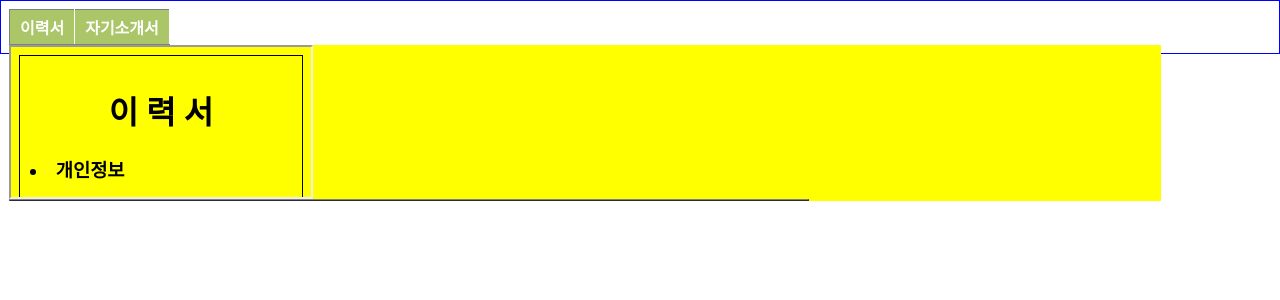
Repository: porivas/140630_Java
Page: http://localhost/web4_resume/totalLayout.jsp
The author's editor kept a copy of each file at every save. The page is drawn from the files as they stood at one save, then again after the next save.
The browser window is 1280 px wide. The pictures show the whole page.
The page is served by Tomcat 9.

Above is the page before, as saved 2014-09-25 08:03:24.

After the next save:
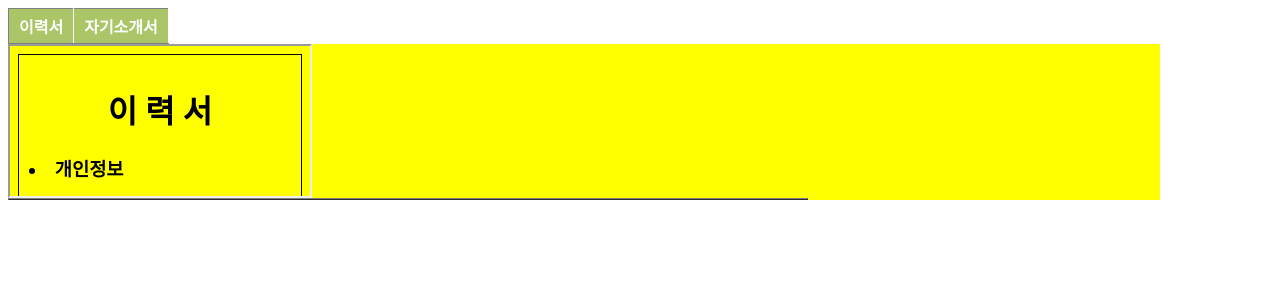
Saved 4 min 3 s later.
--- a/web4_resume/WebContent/totalLayout.jsp
+++ b/web4_resume/WebContent/totalLayout.jsp
@@ -24,7 +24,7 @@
 			.ex1 tfoot tr {border-top:6px solid #E9F7F6; color:#1BA6B2}
 			.ex1 tfoot th {text-align:left; padding-left:10px}
 		html {
-		    border: 1px solid blue;
+
 		}
 			.other, .parent {
 			    border: 4px solid green;
